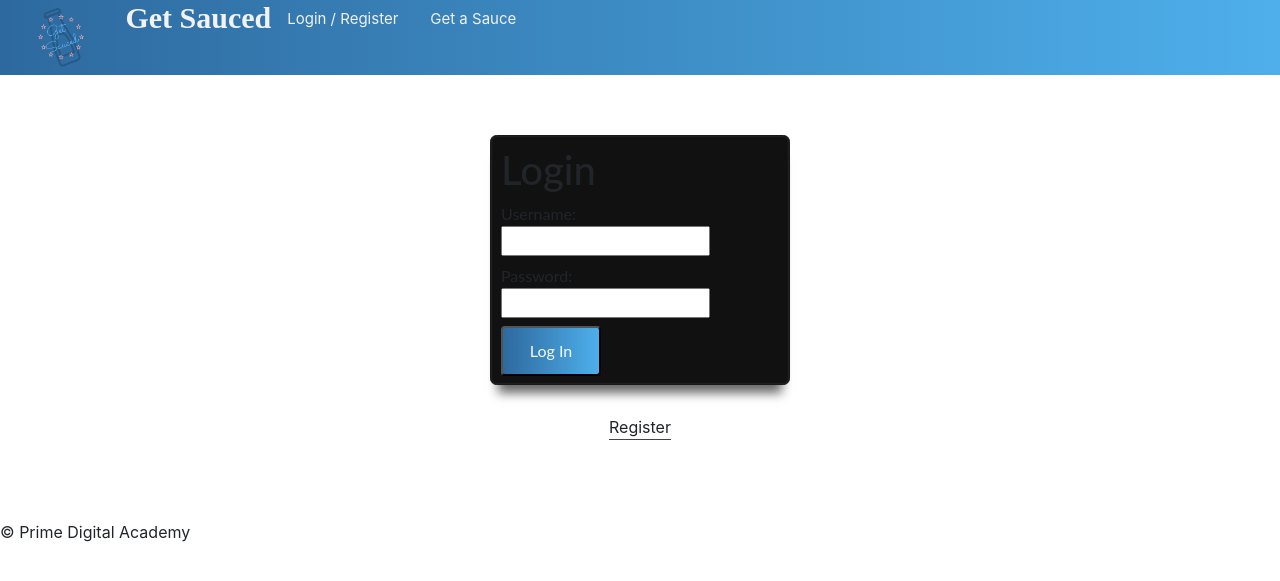
Repository: cossalter18/getSauced
Page: /
These files come from the project's save history. The page is drawn as it stood at one moment and after the next save; the edit follows.
The browser window is 1280 px wide. The pictures show the whole page.
The page's requests for data from a server got no answer. The project was rebuilt for these pictures with package versions that can differ from the ones it lists, and the page was loaded fresh each time. No one was signed in, and anything a server would have sent is missing. Also part of the build but not shown: src/components/LogOutButton/LogOutButton.js, src/components/RegisterPage/RegisterPage.js, src/components/AboutPage/AboutPage.css, src/components/AboutPage/AboutPage.js, src/components/UserPage/UserPage.js, src/components/BlogPost/BlogPost.js, src/components/NewPost/NewPost.css, src/components/NewPost/NewPost.js and 8 more.

Above is the page before, as saved 2020-06-03 11:25:41.

After the next save:
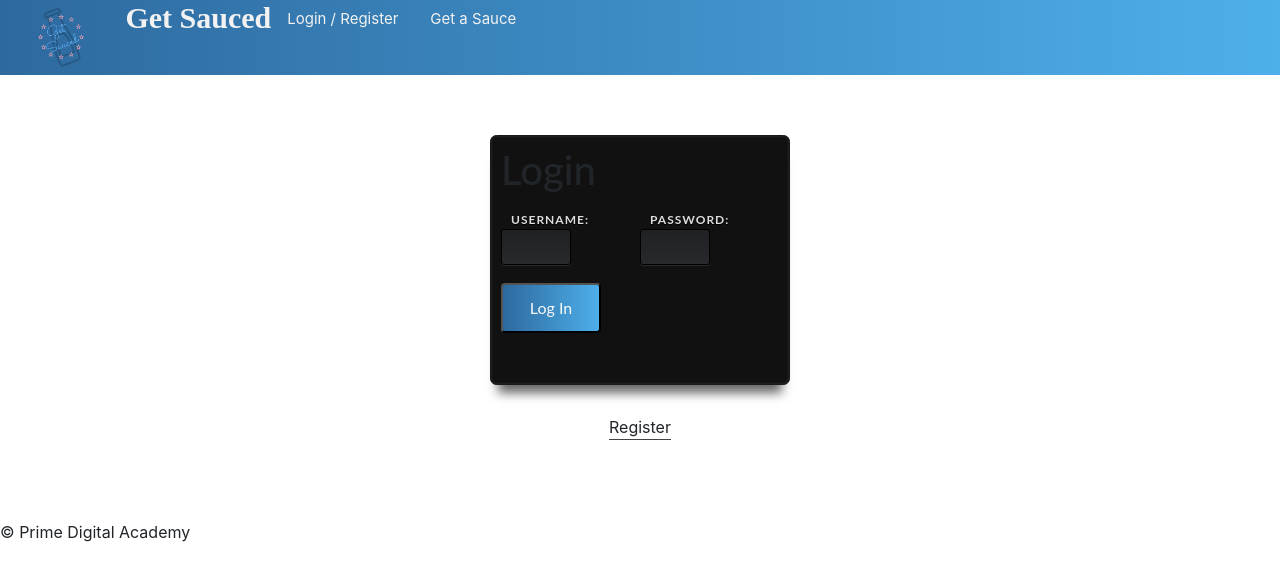
Saved 43 s later.
--- a/src/components/LoginPage/LoginPage.css
+++ b/src/components/LoginPage/LoginPage.css
@@ -16,3 +16,57 @@
         inset 0 0 2px 1px rgba(255,255,255,0.08),
         0 16px 10px -8px rgba(0, 0, 0, 0.6);
 }
+
+.form-3 label {
+    /* Size and position */
+    width: 50%;
+    float: left;
+    padding-top: 9px;
+
+    /* Styles */
+    color: #ddd;
+    font-size: 12px;
+    text-transform: uppercase;
+    letter-spacing: 1px;
+    text-shadow: 0 1px 0 #000;
+    text-indent: 10px;
+    font-weight: 700;
+    cursor: pointer;
+}
+
+.form-3 input[type=text],
+.form-3 input[type=password] {
+    /* Size and position */
+    width: 50%;
+    float: left;
+    padding: 8px 5px;
+    margin-bottom: 10px;
+    font-size: 12px;
+
+    /* Styles */
+    background: linear-gradient(#1f2124, #27292c);
+    border: 1px solid #000;
+    box-shadow:
+        0 1px 0 rgba(255,255,255,0.1);
+    border-radius: 3px;
+
+    /* Font styles */
+    font-family: 'Ubuntu', 'Lato', sans-serif;
+    color: #fff;
+
+}
+
+.form-3 input[type=text]:hover,
+.form-3 input[type=password]:hover,
+.form-3 label:hover ~ input[type=text],
+.form-3 label:hover ~ input[type=password] {
+    background: #27292c;
+}
+
+.form-3 input[type=text]:focus,
+.form-3 input[type=password]:focus {
+    box-shadow: inset 0 0 2px #000;
+    background: #494d54;
+    border-color: #51cbee;
+    outline: none; /* Remove Chrome outline */
+}
